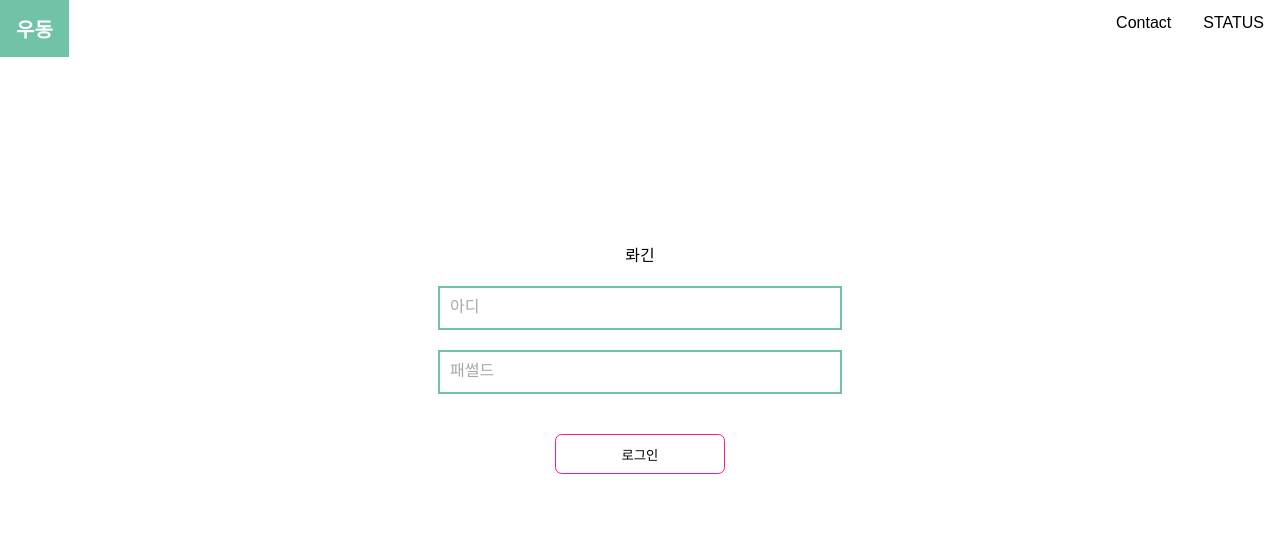
Repository: charmingjae/circles
Page: http://localhost/circles/root/login.jsp
The author's editor kept a copy of each file at every save. The page is drawn from the files as they stood at one save, then again after the next save.
The browser window is 1280 px wide. The pictures show the whole page.
Some web fonts or font styles are not loaded; a fallback is used. The page is served by Tomcat 9.

Above is the page before, as saved 2020-07-09 15:45:25.

After the next save:
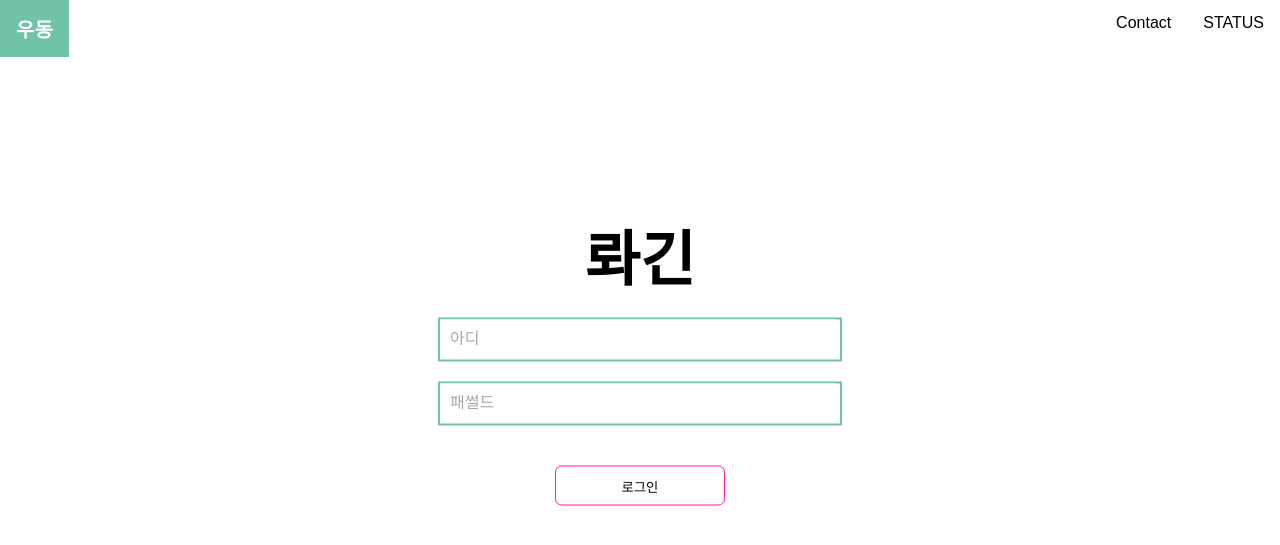
Saved 45 s later.
--- a/circles/WebContent/root/login.jsp
+++ b/circles/WebContent/root/login.jsp
@@ -20,7 +20,7 @@
 	-->
 	<form action="chkInterest.jsp" class="container" method="post" name="frmInfo">
 		<div class="container">
-			<span id="showWelcome"> 롸긴 </span>
+			<span id="showLogin"> 롸긴 </span>
 			<div class="main">
 				<input type="text" placeholder="아디">
 			</div>
